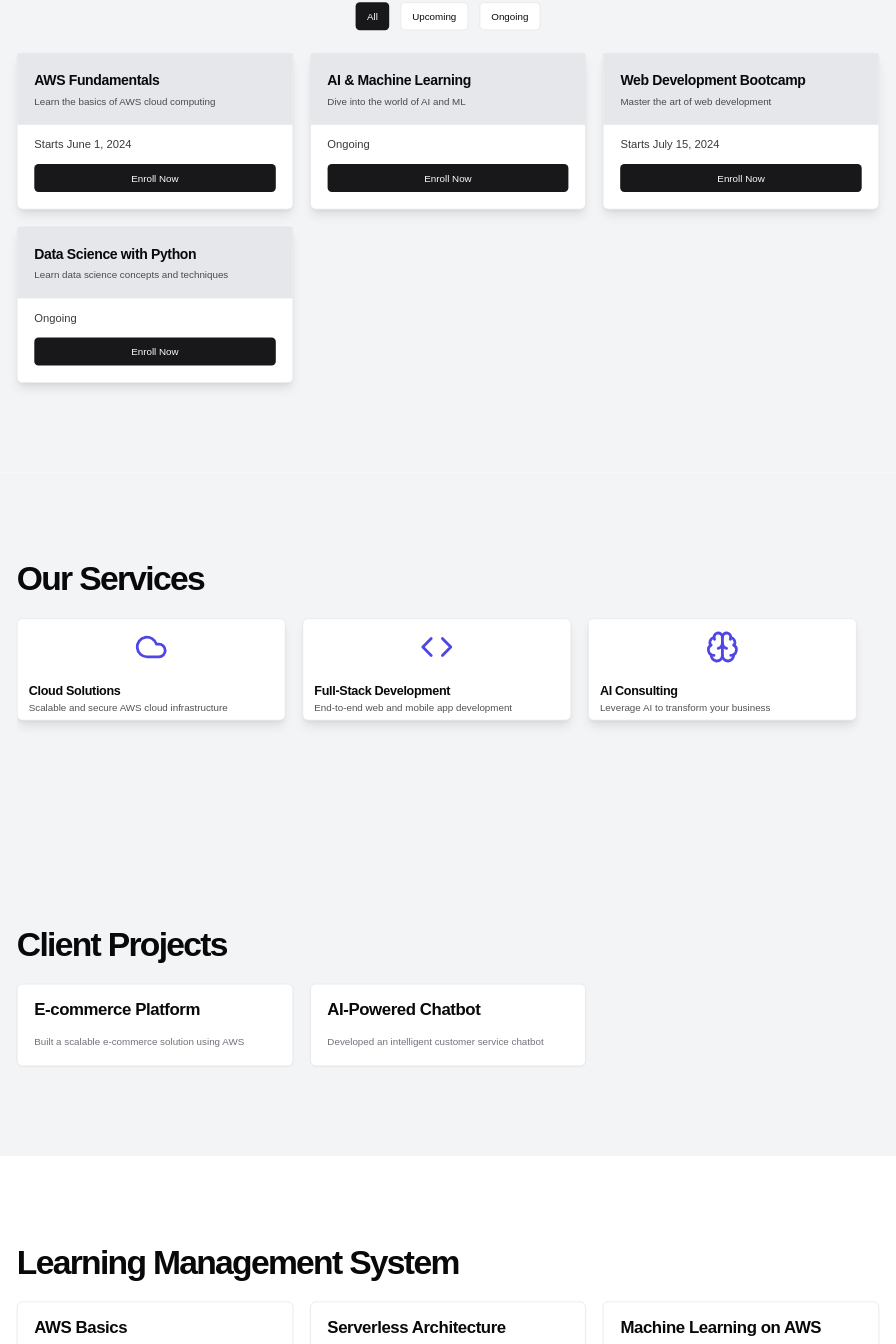
Repository: DiwanMalla/ausbizdemo1
Page: /
These files come from the project's save history. The page is drawn as it stood at one moment and after a run of saves; the edit follows.
The browser window is 1280 px wide. The pictures show the part of the page from y = 825 to 2745 px (the page is 5709 px tall), at 70% of full size.
The project was rebuilt for these pictures with package versions that can differ from the ones it lists, and the page was loaded fresh each time. The framework's server and built-in components were replaced by stand-ins that run in the browser. Also part of the build but not shown: next.config.ts.

Above is the page before, as saved 2024-11-09 18:36:27.

After the next 3 saves:
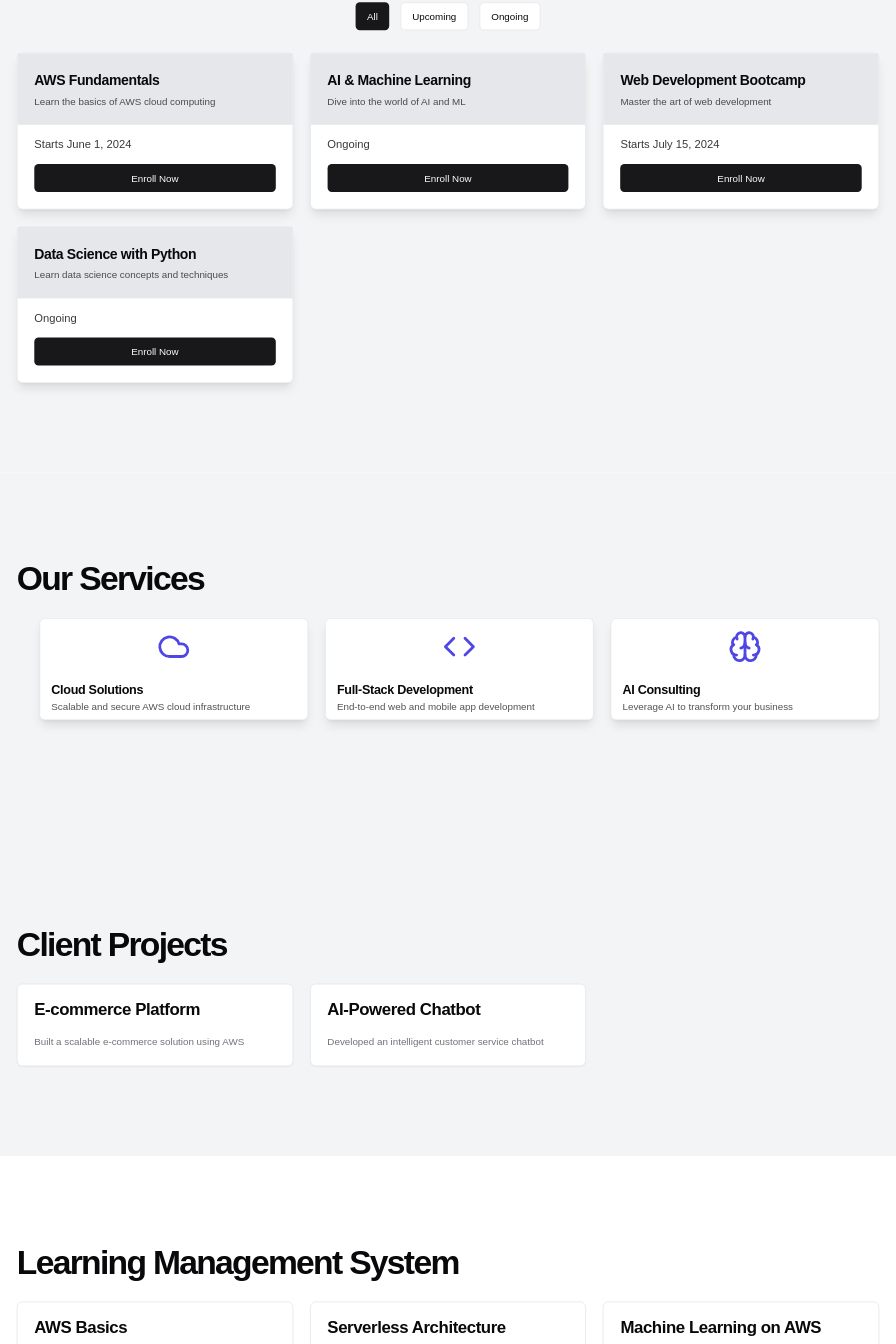
The 3 saves are shown as one change because 2 did not build or start.
The last was saved 2 min 47 s later.
--- a/components/Services.tsx
+++ b/components/Services.tsx
@@ -5,7 +5,13 @@
   CardHeader,
   CardTitle,
 } from "@/components/ui/card";
-import { CloudIcon, CodeIcon, BrainIcon } from "lucide-react";
+import {
+  CloudIcon,
+  CodeIcon,
+  BrainIcon,
+  DatabaseIcon,
+  SmartphoneIcon,
+} from "lucide-react";
 
 const services = [
   {
@@ -23,7 +29,17 @@
     description: "Leverage AI to transform your business",
     icon: BrainIcon,
   },
-  // Add more services...
+  {
+    title: "Data Engineering",
+    description: "Streamlining your data pipelines and architectures",
+    icon: DatabaseIcon,
+  },
+  {
+    title: "Mobile Development",
+    description: "Developing mobile apps for iOS and Android",
+    icon: SmartphoneIcon,
+  },
+  // More services added...
 ];
 
 export default function ServicesCarousel() {
@@ -34,7 +50,7 @@
           Our Services
         </h2>
         <div className="flex overflow-x-auto pb-10 hide-scroll-bar scroll-smooth">
-          <div className="flex flex-nowrap space-x-6">
+          <div className="flex flex-nowrap space-x-6 px-4 lg:px-8">
             {services.map((service, index) => (
               <Card
                 key={index}
